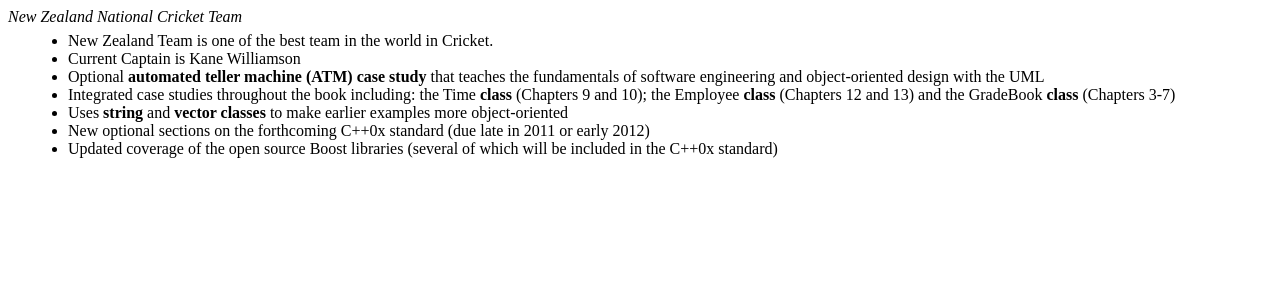
Repository: devanshudave1901/DevanshuDave_Sec002_ICE-05
Page: InfoFiles/newZealandCricket.html
The author's editor kept a copy of each file at every save. The page is drawn from the files as they stood at one save, then again after the next save.
The browser window is 1280 px wide. The pictures show the whole page.

Above is the page before, as saved 2022-03-20 21:00:05.

### InfoFiles/newZealandCricket.html
<!DOCTYPE html>
<html>
<head>
<meta charset="utf-8">
<title>
</title>
</head>
<body>
<div>
<i>New Zealand National Cricket Team</i><ul style="margin: 6px 0px 6px 20px; text-indent: 0pt;"> <li> New Zealand Team is one of the best team in the world in Cricket.
<li >Current Captain is </b> Kane Williamson</li
><li >Optional <b >automated teller machine (ATM) case study </b>that teaches the fundamentals of software engineering and object-oriented design with the UML</li>
<li>Integrated case studies throughout the book including: the Time <b >class </b>(Chapters 9 and 10); the Employee <b>class </b>(Chapters 12 and 13) and the GradeBook <b >class </b>(Chapters 3-7) </li>
<li>Uses <b  >string </b>and <b>vector classes </b>to make earlier examples more object-oriented</li>
<li >New optional sections on the forthcoming C++0x standard (due late in 2011 or early 2012) </li>
<li>Updated coverage of the <a >open source</a> Boost libraries (several of which will be included in the C++0x standard)</li></ul>
</div>
</body>
</html>

After the next save:
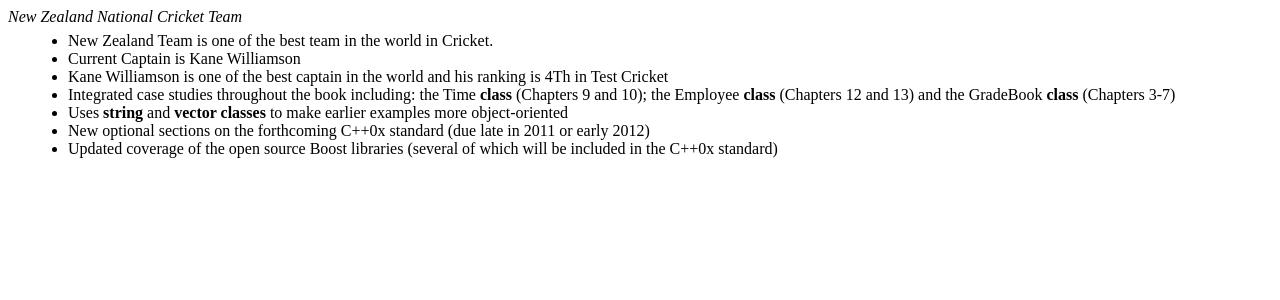
Saved 103 s later.
--- a/InfoFiles/newZealandCricket.html
+++ b/InfoFiles/newZealandCricket.html
@@ -9,7 +9,7 @@
 <div>
 <i>New Zealand National Cricket Team</i><ul style="margin: 6px 0px 6px 20px; text-indent: 0pt;"> <li> New Zealand Team is one of the best team in the world in Cricket.
 <li >Current Captain is </b> Kane Williamson</li
-><li >Optional <b >automated teller machine (ATM) case study </b>that teaches the fundamentals of software engineering and object-oriented design with the UML</li>
+><li > Kane Williamson is one of the best captain in the world and his ranking is 4Th in Test Cricket </li>
 <li>Integrated case studies throughout the book including: the Time <b >class </b>(Chapters 9 and 10); the Employee <b>class </b>(Chapters 12 and 13) and the GradeBook <b >class </b>(Chapters 3-7) </li>
 <li>Uses <b  >string </b>and <b>vector classes </b>to make earlier examples more object-oriented</li>
 <li >New optional sections on the forthcoming C++0x standard (due late in 2011 or early 2012) </li>
